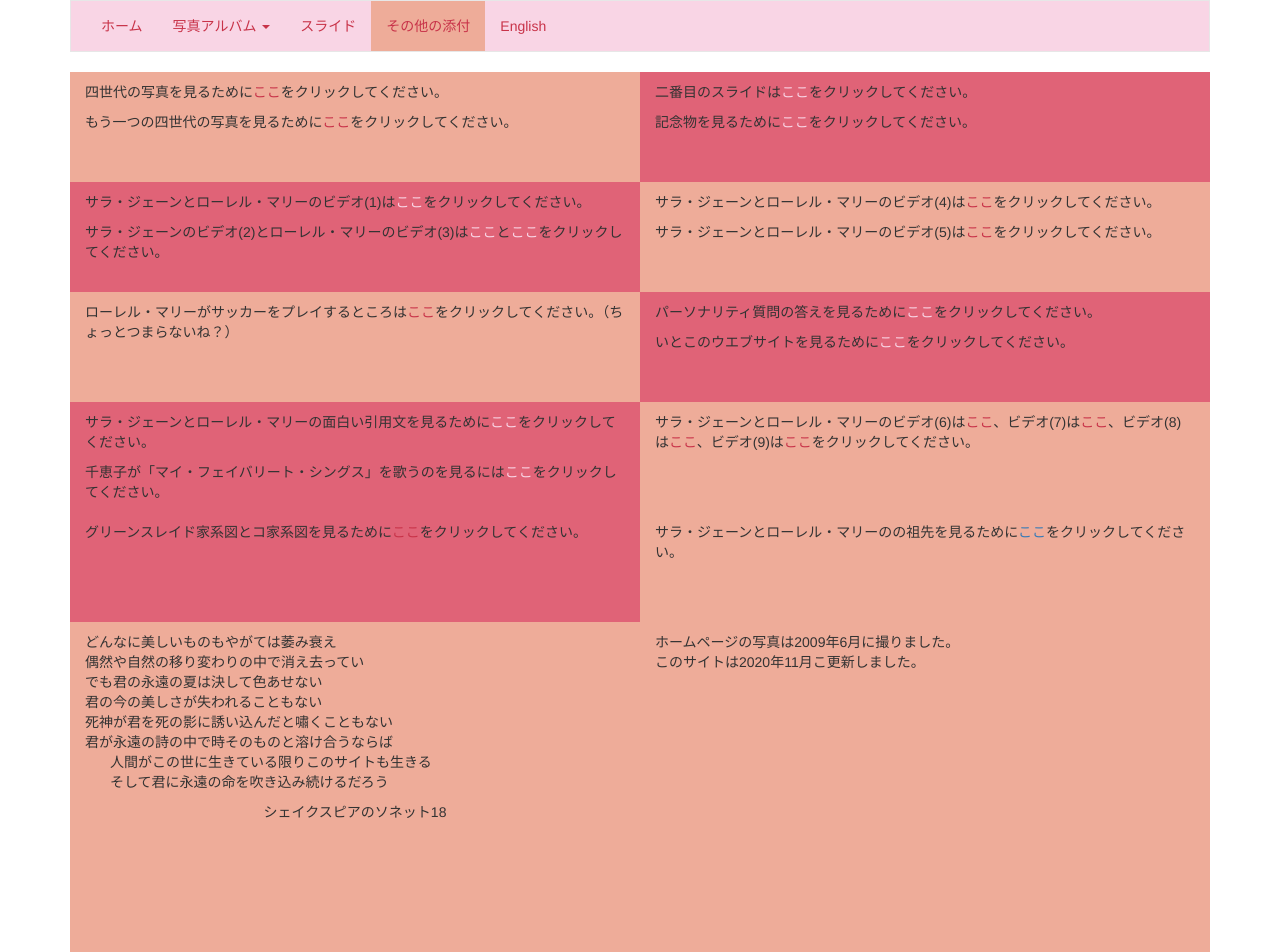
Repository: George2916/Sarah-Jane-and-Laurel-Marie
Page: misc-jap.html
The author's editor kept a record of every edit. The page is drawn from the files as they stood at one moment, then again after the next edit.
The browser window is 1280 px wide. The pictures show the whole page.

Above is the page before.
Console error: TypeError: Cannot read properties of null (reading 'style')

### misc-jap.html
<!DOCTYPE html>
<html>
<head>

    <meta charset="utf-8">
    <meta http-equiv="X-UA-Compatible" content="IE-edge">
    <meta name="viewport" content="width=device-width, initial-scale=1">
    <!--[if lt IE 9]
<script src="https://oss.maxcdn.com/html5shiv/3.7.2/html5shiv.min.js"></script>
<script src="https://oss.maxcdn.com/respond/1.4.2/respond.min.js"></script>
<![endif]-->

  <title>Miscellaneous - Japanese</title>

    <link rel="stylesheet" type="text/css" href="css/bootstrap.css">
    <link rel="stylesheet" type="text/css" href="css/mystyle.css">
    <link href="https://fonts.googleapis.com/css?family=Permanent+Marker" rel="stylesheet">


</head>

<body>

<div class="container">

    <!--collapsing navbar-->

    <nav class="navbar navbar-default">

    <div class="navbar-header">
        <button type="button" class="navbar-toggle" data-toggle="collapse" data-target="#myNavbar"><span class="glyphicon glyphicon-menu-hamburger"></span></button>
    </div>

    <div class="collapse navbar-collapse" id="myNavbar">
        <ul class="nav navbar-nav">
            <li class="DDDD"><a class="home" href="home-jap.html">ホーム</a></li>
            <li class="dropdown DDDD"><a class="active dropdown-toggle gallery-0" data-toggle="dropdown" href="#">写真アルバム <span class="caret"></span></a>
                <ul class="dropdown-menu">
                    <li><a class="gallery-1" href="gallery1-jap.html">写真アルバム 　-　2001年1月　/　2004年2月</a></li>
                    <li><a class="gallery-2" href="gallery2-jap.html">写真アルバム 　-　2004年2月　/　2006年12月</a></li>
                    <li><a class="gallery3" href="gallery3-jap.html">写真アルバム 　-　2007年6月　/　2008年11月</a></li>
                    <li><a class="gallery4" href="gallery4-jap.html">写真アルバム 　-　2008年11月　/　2009年9月</a></li>
                </ul>
            </li>
            <li class="DDDD"><a class="slideshow" href="slideshow-jap.html">スライド</a></li>
            <li class="active non-drop DDDD"><a class="misc" href="misc-jap.html">その他の添付</a></li>
            <li class="DDDD"><a href="misc.html">English</a></li>
        </ul>
    </div>

    </nav>

    <div>

        <div class="row  noPad">

            <div class="col-sm-6 color1 box1">
                <p>四世代の写真を見るために<a class="misc-link-1 AAA" href="familytreeT.html">ここ</a>をクリックしてください。</p>
                <p>もう一つの四世代の写真を見るために<a class="misc-link-1 AAA" href="familytreeM.html">ここ</a>をクリックしてください。</p>
            </div>


            <div class="col-sm-6 color2 box2">
                <p>二番目のスライドは<a class="misc-link-2 AAA" href="slideshow2-jap.html">ここ</a>をクリックしてください。</p>
                <p>記念物を見るために<a class="misc-link-2 AAA" href="flippablePhotos.html">ここ</a>をクリックしてください。</p>
            </div>


        </div><!--closes .row-->

        <div class="row  noPad">

            <div class="col-sm-6 color2 box3">
                <p>サラ<span >・</span>ジェーンとローレル<span >・</span>マリーのビデオ(1)は<a class="misc-link-3 AAA" href="https://www.youtube.com/watch?v=NwOyJzJh9Wc">ここ</a>をクリックしてください。</p>
                <p>サラ<span >・</span>ジェーンのビデオ(2)とローレル<span>・</span>マリーのビデオ(3)は<a class="misc-link-3 AAA" href="https://www.youtube.com/watch?v=lUZmNCm3aWA" target="_blank">ここ</a>と<a class="misc-link-3 AAA" href="https://www.youtube.com/watch?v=WP3CQZRvERk">ここ</a>をクリックしてください。</p>

            </div>



            <div class="col-sm-6 color1 box4">
                <p>サラ<span >・</span>ジェーンとローレル<span >・</span>マリーのビデオ(4)は<a class="misc-link-4 AAA" href="https://www.youtube.com/watch?v=_l0FIXjZr1M" target="_blank">ここ</a>をクリックしてください。</p>
                <p>サラ<span >・</span>ジェーンとローレル<span >・</span>マリーのビデオ(5)は<a class="misc-link-4 AAA" href="https://www.youtube.com/watch?v=VaALOcjoOfE" target="_blank">ここ</a>をクリックしてください。</p>
            </div>

        </div><!--closes .row-->

        <div class="row  noPad">

            <div class="col-sm-6 color1 box5J">
                <p>ローレル<span >・</span>マリーがサッカーをプレイするところは<a class="misc-link-5 AAA" href="https://www.youtube.com/watch?v=pcceURS1TcA">ここ</a>をクリックしてください。（ちょっとつまらないね？）</p>

            </div>



            <div class="col-sm-6 color2 box6">
                <p>パーソナリティ質問の答えを見るために<a class="misc-link-6 AAA" href="questionnaire-jap.html">ここ</a>をクリックしてください。</p>
                <p>いとこのウエブサイトを見るために<a class="misc-link-6 AAA" href="https://george2916.github.io">ここ</a>をクリックしてください。</p>
            </div>



        </div><!--closes .row-->

        <div class="row  noPad">

            <div class="col-sm-6 color2 box7">
                <p>サラ<span >・</span>ジェーンとローレル<span >・</span>マリーの面白い引用文を見るために<a class="misc-link-3 AAA" href="quotes.html">ここ</a>をクリックしてください。</p>
                <p>千恵子が「マイ<span >・</span>フェイバリート<span >・</span>シングス」を歌うのを見るには<a class="misc-link-3 AAA" href="https://youtu.be/F1NmzCG4n8A">ここ</a>をクリックしてください。</p>
            </div>


            <div class="col-sm-6 color1 box8J">
                <p>サラ<span >・</span>ジェーンとローレル<span >・</span>マリーのビデオ(6)は<a class="misc-link-4 AAA" href="https://youtu.be/i4otdVIbA44">ここ</a>、ビデオ(7)は<a class="misc-link-4 AAA" href="https://youtu.be/OAZ1_f3dj48">ここ</a>、ビデオ(8)は<a class="misc-link-4 AAA" href="https://youtu.be/zzMhVbymAOA">ここ</a>、ビデオ(9)は<a class="misc-link-4 AAA" href="https://youtu.be/t_HujAmd91A">ここ</a>をクリックしてください。
            </div>


        </div><!--closes .row-->

        <div class="row  noPad">

            <div class="col-sm-6 color2 box9">
                <p>グリーンスレイド家系図とコ家系図を見るために<a class="misc-link-9 AAA" href="https://george2916.github.io/GreensladeFamilyTree">ここ</a>をクリックしてください。</p>

            </div>


            <div class="col-sm-6 color1 box10">
                <p>サラ<span >・</span>ジェーンとローレル<span >・</span>マリーのの祖先を見るために<a class="misc-link-10 AAA" href="ancestors.html">ここ</a>をクリックしてください。
            </div>


        </div><!--closes .row-->

        <div class="row noPad">

            <div class="col-sm-6 color1 box11">
                <p>どんなに美しいものもやがては萎み衰え<br>偶然や自然の移り変わりの中で消え去ってい<br>でも君の永遠の夏は決して色あせない<br>君の今の美しさが失われることもない<br>死神が君を死の影に誘い込んだと嘯くこともない<br>君が永遠の詩の中で時そのものと溶け合うならば<br><span class="last2lines">人間がこの世に生きている限りこのサイトも生きる</span><br><span class="last2lines">そして君に永遠の命を吹き込み続けるだろう</span></p><p style="text-align: center">シェイクスピアのソネット18</p>
            </div>



            <div class="col-sm-6 color2 box11">
                <p>ホームページの写真は2009年6月に撮りました。<br>このサイトは2020年11月こ更新しました。</p>
            </div>

        </div><!--closes .row-->



    </div>

</div><!-closes .container-->

<script src="js/jquery-3.2.0.js"></script>
<script src="js/bootstrap.js"></script>
<script src="js/myjquery.js"></script>

</body>
</html>

### css/mystyle.css
/* color scheme

lilac: #f9d5e5

very light brown: #eeac99

pink: #e06377

red: #c83349

*/

/* STYLING FOR NAV BAR */

/* give the nav bar square corners, instead of the default rounded corners */

.navbar{
    border-radius: 0px;
}

/* change color of nav bar to lilac */

.navbar-default{
    background-color: #f9d5e5;
}

/* change the color of the lettering of Home, Slide Show and Misc. to red */

.navbar-default .navbar-collapse .navbar-nav > li > a{
     color: #c83349;
}

/* change the color of the lettering of Gallery to red */

.navbar-default .navbar-nav > .open > a,
.navbar-default .navbar-nav > .open > a:hover,
.navbar-default .navbar-nav > .open > a:focus {
    color: #c83349;
}

/* give the Home, Slide Show and Misc. tabs the color of very light brown when clicked on */

.navbar-default .navbar-nav .active a,
.navbar-default .navbar-nav .active a:hover,
.navbar-default .navbar-nav .active a:focus {
    background-color: #eeac99;
    color: #c83349;
}

/* give the Gallery tab the color of very light brown when clicked on */

.navbar-default .navbar-nav > .open > a:focus {
    background-color: #eeac99;
}

/* change color and size of the dropdown menu under the Gallery tab */

.dropdown-menu {
    background-color: #eeac99;
    padding: 0px;
    border: 0px;
    margin: 0px;
}

/* change the color of the text of the dropdown menu under the Gallery tab */

.dropdown-menu > li > a {
    color: #c83349;
}

/* make the hamburger icon have the background color of red */

.navbar-default .navbar-toggle:hover,
.navbar-default .navbar-toggle:focus {
    background-color: #eeac99;
}

.navbar-toggle{
    background-color: #c83349;
}

#bullet{

    vertical-align: text-top;
}


/* STYLING FOR HOME PAGE */

/* styling for jumbotron on Home page */

.cover-page-jumbo {
    background-color: #c83349;
    font-family: 'Permanent Marker', cursive;
    text-align: center;
    color: #f9d5e5;

}

/* styling for certain text in the Japanese translation of the Home page*/

#bullet {
    vertical-align: middle;
    letter-spacing: -10px;
}

#bullet1 {

    letter-spacing: -10px;
}

#bullet2 {

    letter-spacing: -8px;
}

#bullet3 {
    vertical-align: middle;
    letter-spacing: -14px;
}
@media only screen and (max-width: 660px) {
    .cover-page-jumbo h2{
        font-size: 140%;
    }

    .cover-page-jumbo h4{
        font-size: 90%;
    }
}

/* give the jumbrotron square corners, instead of the default rounded corners */

.container .jumbotron {
    border-radius: 0px;
}

.coverphoto {
    width: 100%;
    height: 100%;
    border: 4px solid #e06377;
}

/* resize image in jumbotron */
.coverphoto img {
    width: 100%;
    height: auto;
}


/* STYLING FOR GALLERY PAGES */

.gallery-background {
    padding: 20px;
    background-color: #c83349;
}

@media only screen and (max-width: 991px) {
    .extra-padding {
        padding-bottom: 20px;
    }
}

/* change the size of the modals for images in the Gallery which are rotated when displayed in modal format */
.gallery-rotate {
        height: 620px;
        width: 600px;
}

/* rotate certain photos in the Gallery -90 degrees when they are displayed in modal format */
.gallery-rotate img {
    -ms-transform: rotate(-90deg); /* IE 9 */
    -webkit-transform: rotate(-90deg); /* Chrome, Safari, Opera */
    transform: rotate(-90deg);
    height: 450px;
    position: absolute;
    top: 80px;
}

.pager li > a {
    background-color: #f9d5e5;
    color: #c83349;
}


/* STYLING FOR THE SLIDESHOW PAGES */

/* give pink border to the photos in the slide show */
.item > img {
    border: 4px solid #e06377;
}

/* center all img in slideshow */
.carousel-inner img {
    margin: auto;
}

/* enlarge certain pictures in the Slideshow to take up the height and width of their container */
.BBBB {
    width: 100%;
    height: auto;
}

/* give the color of smokey white to the left and right arrows in the Slideshow */

.carousel-control > span {
    color: #f5f5f5;
}

/* make the carousel captions the color of smokey white */
.carousel-caption {
    color: #f5f5f5;
}

/* give the color of smokey white to the border of the carousel indicators */
.carousel-indicators li {
    border: 1px solid #f5f5f5;
}

/* give the color of smokey white to the active carousel indicator */
.carousel-indicators .active {
     background-color: white;
}

/* hide carousel indicators and delete the <h4> captions in screen widths below 992px */
@media only screen and (max-width: 991px) {
    .carousel-indicators > li {
        display: none;
    }
    .carousel-caption > h4 {
        display: none;
    }
}

/* make font-size smaller in screen widths below 575px */
@media only screen and (max-width: 575px) {
    .carousel-caption h3 {
        font-size: 75%;
    }
}


/* STYLING FOR MISCELLANEOUS PAGE */

.color1 {
    background-color: #eeac99;
    height: 110px;
    padding-top: 10px;
}

.color2 {
    background-color: #e06377;
    height: 110px;
    padding-top: 10px;
}

.noPad {margin-right: 0px;
    margin-left: 0px;
}

/* STYLING FOR THE FAMILYTREEM.HTML AND FAMILYTREET.HTML DOCS */

.family-tree-jumbo {
    background-color: #f9d5e5;
    font-family: 'Permanent Marker', cursive;
    text-align: center;
}

.family-tree-jumbo > h3 {
    color: #c83349;
}

/* rotate the fourgenerationsM photo 90 degrees */
.fourgenerationsM img {
    width: 100%;
    height: auto;
   -ms-transform: rotate(90deg); /* IE 9 */
    -webkit-transform: rotate(90deg); /* Chrome, Safari, Opera */
    transform: rotate(90deg);
    position: relative;
    top: 60px;
    border: solid 5px #e06377;
}

/* adjust the position of the fourgenerationsM photo and related text, depending on the screen size */
@media only screen and (max-width: 1199px) {
    .fourgenerationsM img {
        position: relative;
        top: 50px;
    }
    .customclassM {
        position: relative;
        top: 2px;
    }
}

@media only screen and (max-width: 991px) {
    .fourgenerationsM img {
        position: relative;
        top: 100px;
    }
    .customclassM {
        position: relative;
        top: 250px;
        left: 50px;
    }
}

@media only screen and (max-width: 767px) {
    .fourgenerationsM img {
        position: relative;
        top: 120px;
    }
    .customclassM {
        position: relative;
        top: 250px;
        left: 0px;
    }
}

/* adjust the positioning of the fourgenerationsT photo and related text, depending on the screen size */
@media only screen and (min-width: 992px) {
    .fourgenerationsT img {
        width: 100%;
        height: auto;
        position: relative;
        left: 50px;
        top: 20px;
        border: solid 5px #e06377;
    }
    .customclassT {
        position: relative;
        left: 50px;
    }
}

@media only screen and (min-width: 768px) {
    .fourgenerationsT img {
        width: 100%;
        height: auto;
        border: solid 5px #e06377;
    }
    .customclassT {
        position: relative;
        top: 20px;
        left: 50px;
    }
}

@media only screen and (min-width: 100px) {
    .fourgenerationsT img {
        width: 100%;
        height: auto;
        border: solid 5px #e06377;
    }
    .customclassT {
        position: relative;
        top: 20px;
    }
}

.withtext {
    text-align: center;
    border: 2px solid black;
}

.withtext1 {
    border: 3.4px solid black;
    text-align: center;
}

.withsymbol {
    text-align: center;
}

.specialborder {
    border: solid 3px #e06377;
}


/* STYLING FOR QUESTIONNAIRE */

#heading, #headingJ{
    background-color: #c83349;
    font-family: 'Permanent Marker', cursive;
    text-align: center;
    color: #f9d5e5;
}

#Qborder, #QborderJ{
    border-width: 10px;
    border-style: solid;
    border-color: #f9d5e5;
}

#first-row, #first-rowJ{
    height: 2.5em;
}

#sjButtonJap > .btn,
#lmButtonJap > .btn {
    font-size: 75%;
}

@media only screen and (max-width: 767px) {
    #sjButtonJap > .btn,
    #lmButtonJap > .btn {
        font-size: 75%;
    }
}

@media only screen and (max-width: 640px) {
    #sjButtonJap > .btn,
    #lmButtonJap > .btn {
        font-size: 70%;
    }
}

@media only screen and (max-width: 575px) {
    #sjButtonJap > .card_back,
    #lmButtonJap > .card_back {
        font-size: 65%;
    }
    #sjButtonJap > .card_front,
    #lmButtonJap > .card_front {
        font-size: 65%;
    }
}

.card{
  position: relative;
  width: 25%;
  text-align: center;
}

.card_front,
.card_back{
  position: absolute;
  top: 0;
  left: 0;
  width: 100%;
  height: 100%;
}

.card_front,
.card_back{
  -webkit-backface-visibility: hidden;
          backface-visibility: hidden;
  -webkit-transition: -webkit-transform 0.3s;
          transition: transform 0.3s;
}

.card_front{
  background-color: #eeac99;
}

.card_back{
  background-color: #eeac99;
  -webkit-transform: rotateY(-180deg);
          transform: rotateY(-180deg);
}

.card.effect_hover:hover .card_front{
  -webkit-transform: rotateY(-180deg);
          transform: rotateY(-180deg);
}

.card.effect_hover:hover .card_back{
  -webkit-transform: rotateY(0);
          transform: rotateY(0);
}

.customBtn{

  border-right: 6px solid #eeac99;
  border-bottom: 6px solid #eeac99;
  border-right-style: outset;
  border-bottom-style: outset;
}

.question{
    background-color: #eeac99;
}

#hiddenSJ-1, #hiddenSJ-2, #hiddenSJ-3, #hiddenSJ-4, #hiddenSJ-5, #hiddenSJ-6, #hiddenSJ-7, #hiddenSJ-8, #hiddenSJ-9, #hiddenSJ-10, #hiddenSJ-11, #hiddenSJ-12, #hiddenSJ-13, #hiddenSJ-14, #hiddenSJ-15, #hiddenSJ-16, #hiddenSJ-17, #hiddenSJ-18, #hiddenSJ-19, #hiddenSJ-20, #hiddenSJ-21, #hiddenSJ-22, #hiddenSJ-23, #hiddenSJ-24, #hiddenSJ-25, #hiddenLM-1, #hiddenLM-2, #hiddenLM-3, #hiddenLM-4, #hiddenLM-5, #hiddenLM-6, #hiddenLM-7, #hiddenLM-8, #hiddenLM-9, #hiddenLM-10, #hiddenLM-11, #hiddenLM-12, #hiddenLM-13, #hiddenLM-14, #hiddenLM-15, #hiddenLM-16, #hiddenLM-17, #hiddenLM-18, #hiddenLM-19, #hiddenLM-20, #hiddenLM-21, #hiddenLM-22, #hiddenLM-23, #hiddenLM-24, #hiddenLM-25, #hiddenSJJ-1, #hiddenSJJ-2, #hiddenSJJ-3, #hiddenSJJ-4, #hiddenSJJ-5, #hiddenSJJ-6, #hiddenSJJ-7, #hiddenSJJ-8, #hiddenSJJ-9, #hiddenSJJ-10, #hiddenSJJ-11, #hiddenSJJ-12, #hiddenSJJ-13, #hiddenSJJ-14, #hiddenSJJ-15, #hiddenSJJ-16, #hiddenSJJ-17, #hiddenSJJ-18, #hiddenSJJ-19, #hiddenSJJ-20, #hiddenSJJ-21, #hiddenSJJ-22, #hiddenSJJ-23, #hiddenSJJ-24, #hiddenSJJ-25, #hiddenLMJ-1, #hiddenLMJ-2,  #hiddenLMJ-3, #hiddenLMJ-4, #hiddenLMJ-5, #hiddenLMJ-6, #hiddenLMJ-7, #hiddenLMJ-8, #hiddenLMJ-9, #hiddenLMJ-10, #hiddenLMJ-11, #hiddenLMJ-12, #hiddenLMJ-13, #hiddenLMJ-14, #hiddenLMJ-15, #hiddenLMJ-16, #hiddenLMJ-17, #hiddenLMJ-18, #hiddenLMJ-19, #hiddenLMJ-20, #hiddenLMJ-21, #hiddenLMJ-22, #hiddenLMJ-23, #hiddenLMJ-24, #hiddenLMJ-25 {
    background-color: #eeac99;
}


/* STYLING FOR FLIPPABLE PHOTOS (MEMENTOS) */

.FPborder{
    border-width: 10px 10px 1px 10px;
    border-style: solid;
    border-color: #f9d5e5;
}

.FPheading{
    background-color: #c83349;
    font-family: 'Permanent Marker', cursive;
    text-align: center;
    color: #f9d5e5;
    padding-bottom: 20px;
}

.FPbackground{
    border-width: 0px 10px 10px 10px;
    border-style: solid;
    border-color: #f9d5e5;
    background-color: #eeac99;
    padding: 0px 20px 0px 20px;
}

.FPtextHeading{
    padding: 0px 20px;
}

.pic-front{
    box-shadow: 5px 5px 5px #c83349;
    margin-bottom: 20px;
}

.pic-back{
    display:none;
    box-shadow: 5px 5px 5px #c83349;
    margin-bottom: 20px;
}

.FPtext{
    color: #c83349;
}

/* rotation of images */

#front1{
  transform: rotate(3deg);
}

#front1:hover{
  transform: rotate(0deg);
  cursor: grab;
}

#back1-1{
  transform: rotate(3deg);
}

#back1-1:hover{
  transform: rotate(0deg);
  cursor: grab;
}

#back1-2{
  transform: rotate(3deg);
}

#back1-2:hover{
  transform: rotate(0deg);
  cursor: grab;
}

#front2{
  transform: rotate(1deg);
}

#front2:hover{
  transform: rotate(0deg);
  cursor: grab;
}

#back2{
  transform: rotate(1deg);
}

#back2:hover{
  transform: rotate(0deg);
  cursor: grab;
}

#front3{
  transform: rotate(-3deg);
}

#front3:hover{
  transform: rotate(0deg);
  cursor: grab;
}

#back3-1{
  transform: rotate(-3deg);
}

#back3-1:hover{
  transform: rotate(0deg);
  cursor: grab;
}

#back3-2{
  transform: rotate(-3deg);
}

#back3-2:hover{
  transform: rotate(0deg);
  cursor: grab;
}

#front4{
  transform: rotate(3deg);
}

#front4:hover{
  transform: rotate(0deg);
  cursor: grab;
}

#back4{
  transform: rotate(3deg);
}

#back4:hover{
  transform: rotate(0deg);
  cursor: grab;
}

#front5{
  transform: rotate(1deg);
}

#front5:hover{
  transform: rotate(0deg);
  cursor: grab;
}

#back5{
  transform: rotate(1deg);
}

#back5:hover{
  transform: rotate(0deg);
  cursor: grab;
}

#front6{
  transform: rotate(-7deg);
}

#front6:hover{
  transform: rotate(-0deg);
  cursor: grab;
}

#back6{
  transform: rotate(-7deg);
}

#back6:hover{
  transform: rotate(-0deg);
  cursor: grab;
}

#front7{
  transform: rotate(1deg);
}

#front7:hover{
  transform: rotate(0deg);
  cursor: grab;
}

#back7-1{
  transform: rotate(1deg);
}

#back7-1:hover{
  transform: rotate(0deg);
  cursor: grab;
}

#back7-2{
  transform: rotate(1deg);
}

#back7-2:hover{
  transform: rotate(0deg);
  cursor: grab;
}

#back7-3{
  transform: rotate(1deg);
}

#back7-3:hover{
  transform: rotate(0deg);
  cursor: grab;
}

#front8{
  transform: rotate(-5deg);
}

#front8:hover{
  transform: rotate(0deg);
  cursor: grab;
}

#back8{
  transform: rotate(-5deg);
}

#back8:hover{
  transform: rotate(0deg);
  cursor: grab;
}

#front9{
  transform: rotate(-3deg);
}

#front10{
  transform: rotate(2deg);
}

#front10:hover{
  transform: rotate(0deg);
  cursor: grab;
}

#back10-1{
  transform: rotate(2deg);
}

#back10-1:hover{
  transform: rotate(0deg);
  cursor: grab;
}

#back10-2{
  transform: rotate(2deg);
}

#back10-2:hover{
  transform: rotate(0deg);
  cursor: grab;
}

#back10-3{
  transform: rotate(2deg);
}

#back10-3:hover{
  transform: rotate(0deg);
  cursor: grab;
}

#back10-4{
  transform: rotate(2deg);
}

#back10-4:hover{
  transform: rotate(0deg);
  cursor: grab;
}

#back10-5{
  transform: rotate(2deg);
}

#back10-5:hover{
  transform: rotate(0deg);
  cursor: grab;
}

#front11{
  transform: rotate(2deg);
}

#front11:hover{
  transform: rotate(0deg);
}

#front12{
  transform: rotate(-2deg);
}

#front12:hover{
  transform: rotate(0deg);
  cursor: grab;
}

#back12{
  transform: rotate(-2deg);
}

#back12:hover{
  transform: rotate(0deg);
  cursor: grab;
}

#front13{
  transform: rotate(-2deg);
}

#front13:hover{
  transform: rotate(0deg);
  cursor: grab;
}

#back13{
  transform: rotate(-2deg);
}

#back13:hover{
  transform: rotate(0deg);
  cursor: grab;
}

#front14{
  transform: rotate(3deg);
}

#front14:hover{
  transform: rotate(0deg);
  cursor: grab;
}

#back14{
  transform: rotate(3deg);
}

#back14:hover{
  transform: rotate(0deg);
  cursor: grab;
}



/* STYLING FOR QUOTES.HTML */


.qText1{
    color: #c83349;
    font-family: 'Permanent Marker', cursive;
    padding: 0px 50px;
    text-align: center;
}

.qText2{
    color: #c83349;
    font-family: 'Permanent Marker', cursive;
    padding: 0px 60px;
    text-align: center;

}

.qBackground1{
    border-width: 0px 10px 1px 10px;
    border-style: solid;
    border-color: #f9d5e5;
    background-color: #eeac99;
    padding: 20px 20px 0px 20px
}

.qBackground2{
    border-width: 0px 10px 10px 10px;
    border-style: solid;
    border-color: #f9d5e5;
    background-color: #eeac99;
    padding: 20px 20px 20px 20px
}

#quote1{
    text-decoration: underline;
}

.noPad {margin-right: 0px;
    margin-left: 0px;}

Loaded but not shown: css/bootstrap.css (library); js/jquery-3.2.0.js (library); js/bootstrap.js (library); js/myjquery.js (library)

After the next edit:
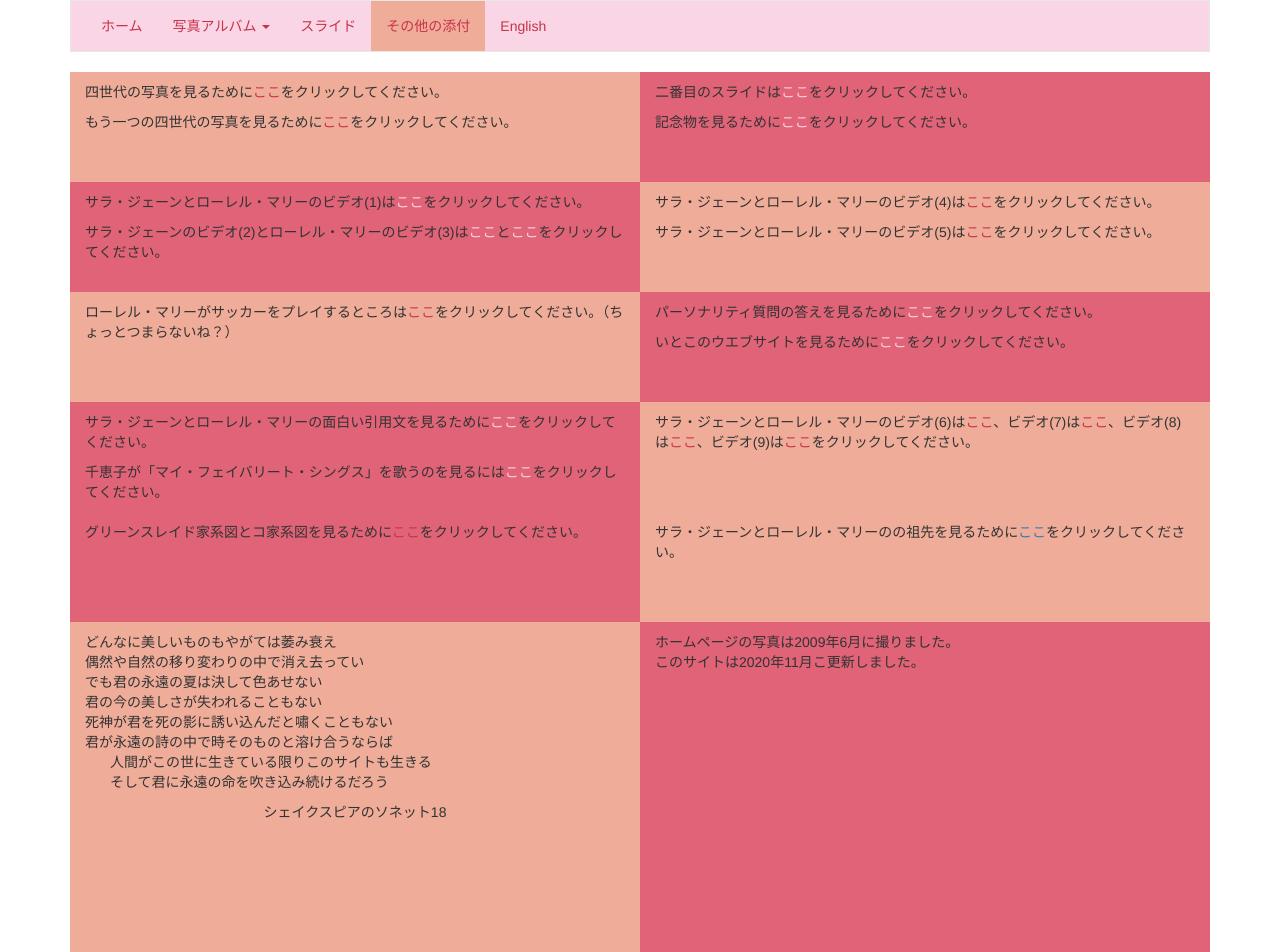
The edit:
--- a/misc-jap.html
+++ b/misc-jap.html
@@ -141,7 +141,7 @@
 
 
 
-            <div class="col-sm-6 color2 box11">
+            <div class="col-sm-6 color2 box12">
                 <p>ホームページの写真は2009年6月に撮りました。<br>このサイトは2020年11月こ更新しました。</p>
             </div>
 
